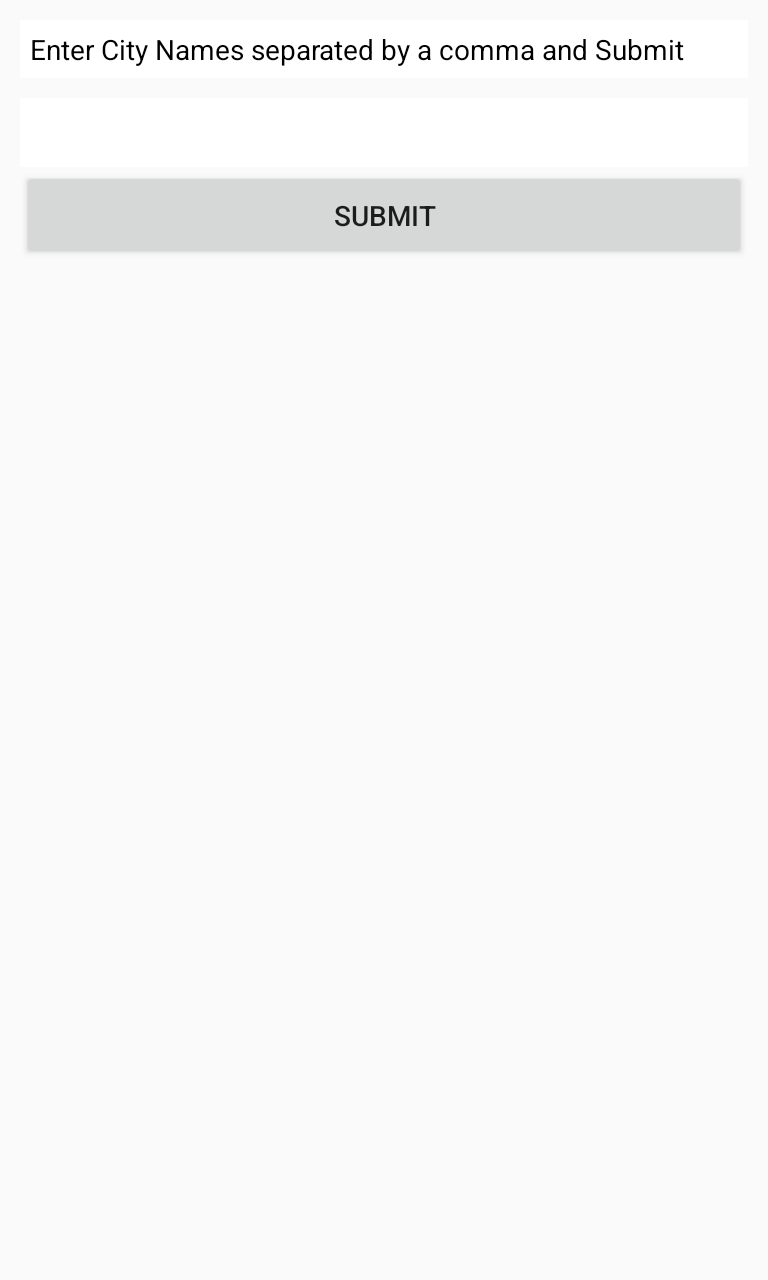
Repository: bhameamit/LeftShiftTask
Layout: LeftShiftTask/LeftShiftTak/res/layout/activity_main.xml
These files come from the project's save history. The layout is drawn as it stood at one moment and after the next save; the edit follows.
It is drawn on a 768 x 1280 px phone screen (xhdpi) without system bars, with theme AppTheme; the app's code is not run.

Above is the layout before, as saved 2015-02-19 20:43:44.

After the next save:
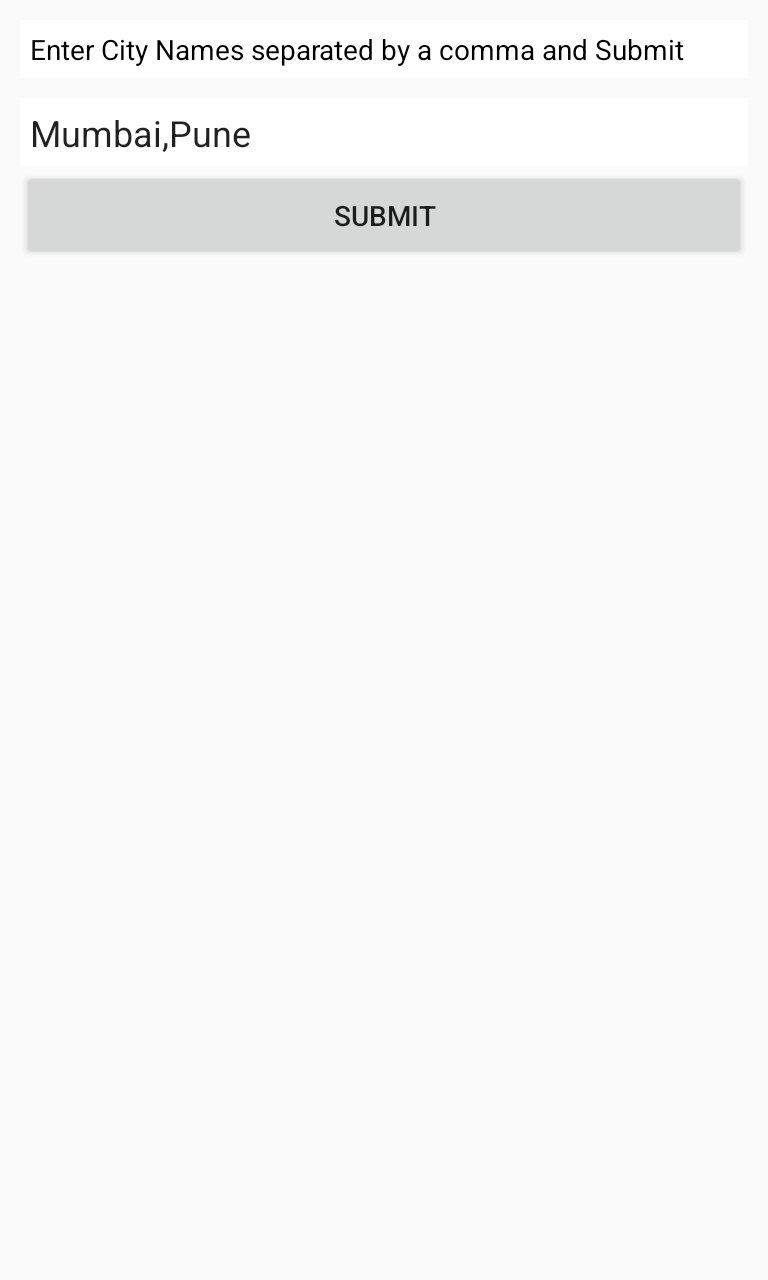
Saved 7 s later.
--- a/LeftShiftTask/LeftShiftTak/res/layout/activity_main.xml
+++ b/LeftShiftTask/LeftShiftTak/res/layout/activity_main.xml
@@ -24,7 +24,8 @@
         android:layout_width="match_parent"
         android:layout_height="wrap_content"
         android:background="@android:color/white"
-        android:padding="5dp" />
+        android:padding="5dp"
+        android:text="@string/example" />
 
     <Button
         android:id="@+id/send_city"
